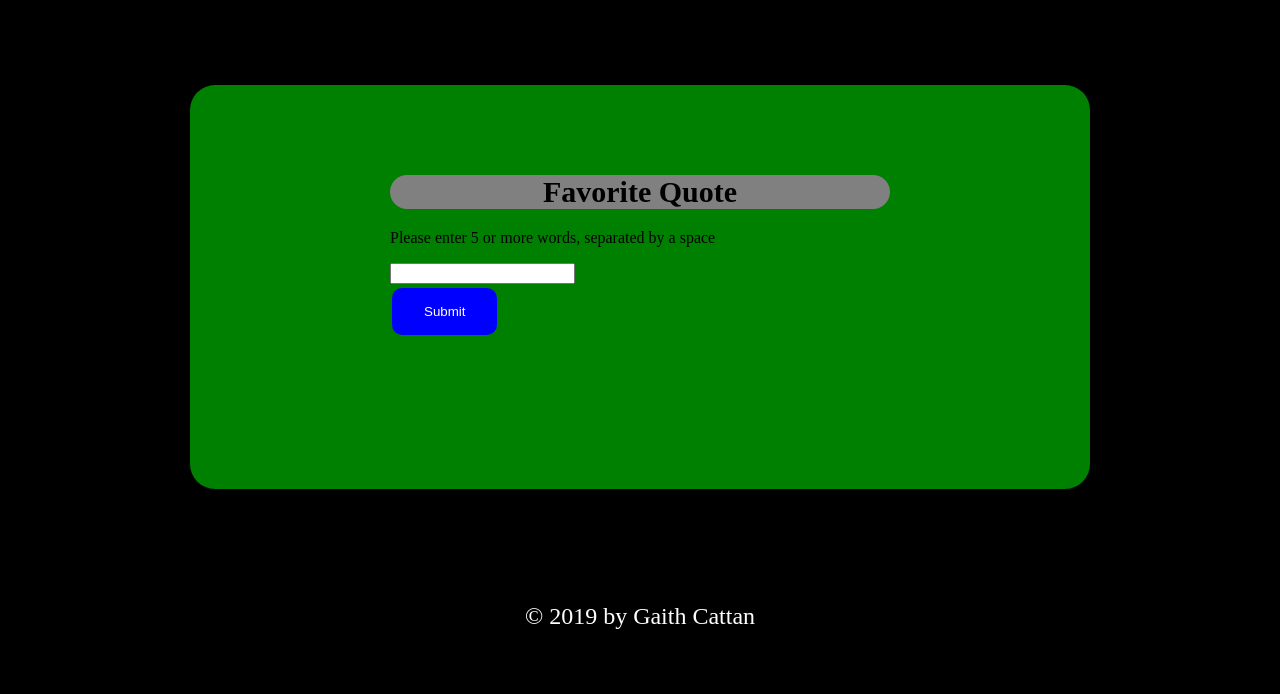
Repository: GaithCattan/COSW30
Page: labwork/lab5/favoritequote.html
The author's editor kept a record of every edit. The page is drawn from the files as they stood at one moment, then again after the next edit.
The browser window is 1280 px wide. The pictures show the whole page.

Above is the page before.

After the next edit:
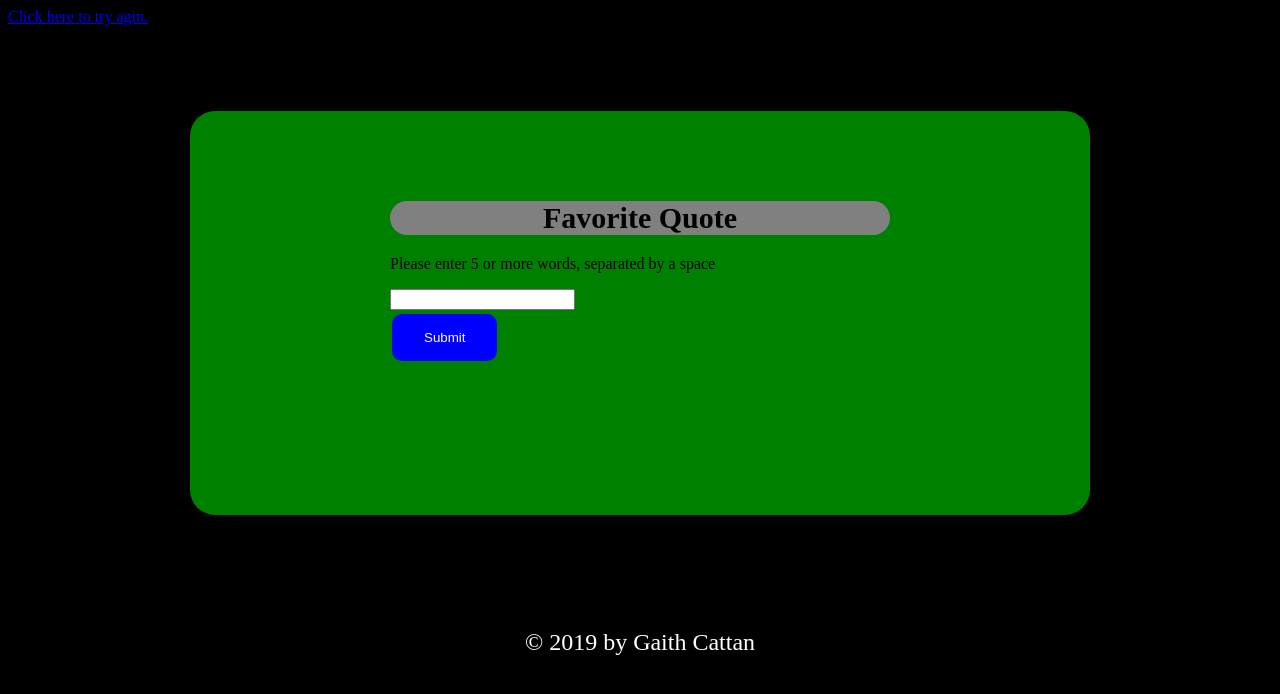
The edit:
--- a/labwork/lab5/favoritequote.html
+++ b/labwork/lab5/favoritequote.html
@@ -21,7 +21,7 @@
     <body>
 
         <header>
-
+            <a href=\"https://0cd32b34e5164bbab8e00106b3cc302a.vfs.cloud9.us-east-1.amazonaws.com/labwork/lab5/favoritequote.html\">Click here to try agin.</a>
             <h2 id="goto">Population Page</h2>
 https://0cd32b34e5164bbab8e00106b3cc302a.vfs.cloud9.us-east-1.amazonaws.com/labwork/lab5/population.php
         </header>
